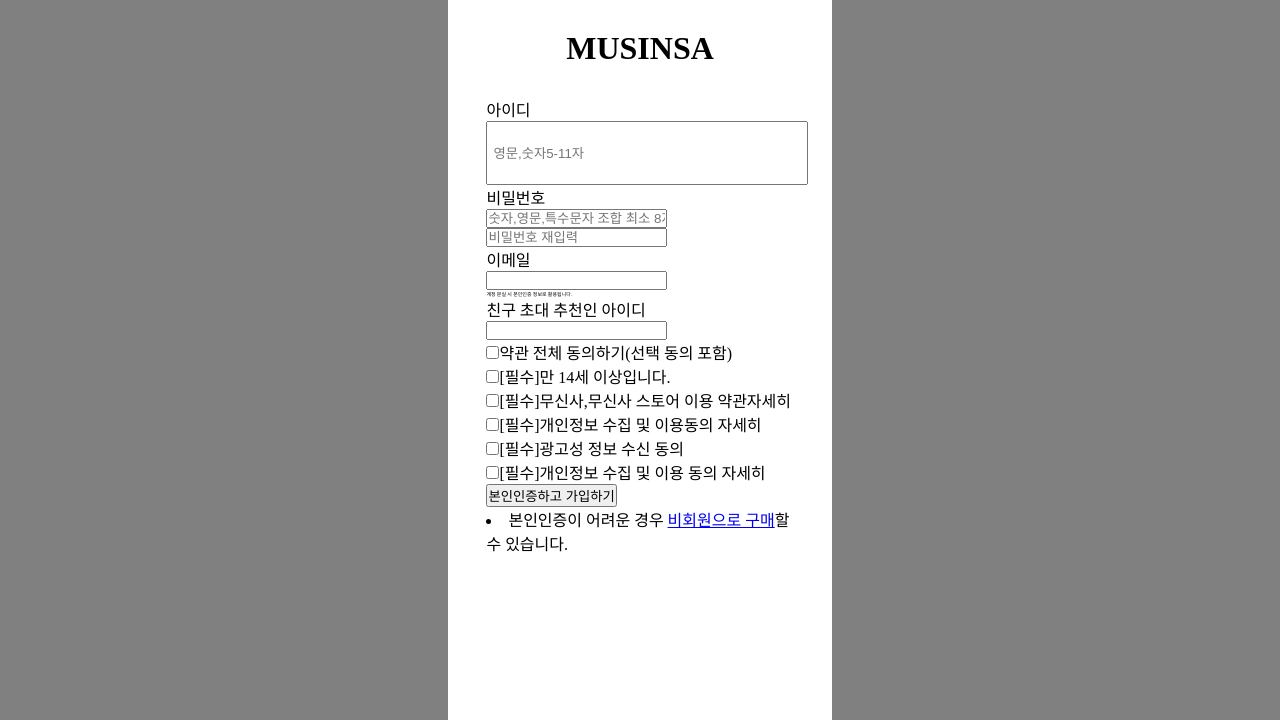
Repository: SilverSharkDeveloper/HTML-CSS-Study
Page: html/workspace/day04/WebContent/task.html
An editor plug-in stored every save of this project. The page is shown before and after the next save, followed by the edit.
The browser window is 1280 px wide. The pictures show the whole page.

Above is the page before, as saved 2023-03-13 12:27:23.

### html/workspace/day04/WebContent/task.html
<!DOCTYPE html>
<html>
<head>
<meta charset="UTF-8">
<title>무신사</title>
<style>
	*{
		margin : 0;
		padding : 0;

	}
</style>
</head>
<body>
		<div class = "container" style = "background : grey ; height :100vh">
			<div class = "container login" style ="width : 30%;height : 100%; margin : 0 auto ; background :white">
				<div>
					<header style ="text-align : center;padding: 30px 0">
						<h1>MUSINSA</h1>
					</header>
				</div>
				<div style = "width : 80% ;margin : 0 auto">
					<form  >
						<div>
							아이디
						</div>
						<div>
							<input type ="text" placeholder = "영문,숫자5-11자" style ="width : 100% ; height:50px; padding : 5px">
						</div>
						<div>
							비밀번호
						</div>
						<div>
							<input type = "password" placeholder ="숫자,영문,특수문자 조합 최소 8자">
							<input type = "password" placeholder ="비밀번호 재입력">
						</div>
						<div>
							이메일
						</div>
						<div>
							<input type = "email">
						</div>
						<div style = "font-size : 5px">
							계정 분실 시 본인인증 정보로 활용됩니다.
						</div>
						<div>
							친구 초대 추천인 아이디
						</div>
						<div>
							<input type = "text">
						</div>
						<div>
							<input type = "checkbox">약관 전체 동의하기(선택 동의 포함)
						</div>
						<div>
							<div>
								<input type = "checkbox">[필수]만 14세 이상입니다.
							</div>
							<div>
							<input type = "checkbox">[필수]무신사,무신사 스토어 이용 약관자세히
							</div>
							<div>
							<input type = "checkbox">[필수]개인정보 수집 및 이용동의 자세히
							</div>
							<div>
							<input type = "checkbox">[필수]광고성 정보 수신 동의
							</div>
							<div>
							<input type = "checkbox">[필수]개인정보 수집 및 이용 동의 자세히
							</div>
						</div>
						<div>
							<button>본인인증하고 가입하기</button>
						</div>
						<div>
							<li>본인인증이 어려운 경우 <a href ="#">비회원으로 구매</a>할 수 있습니다.</li>
						</div>
					</form>
				</div>
			</div>
		</div>
</body>
</html>

After the next save:
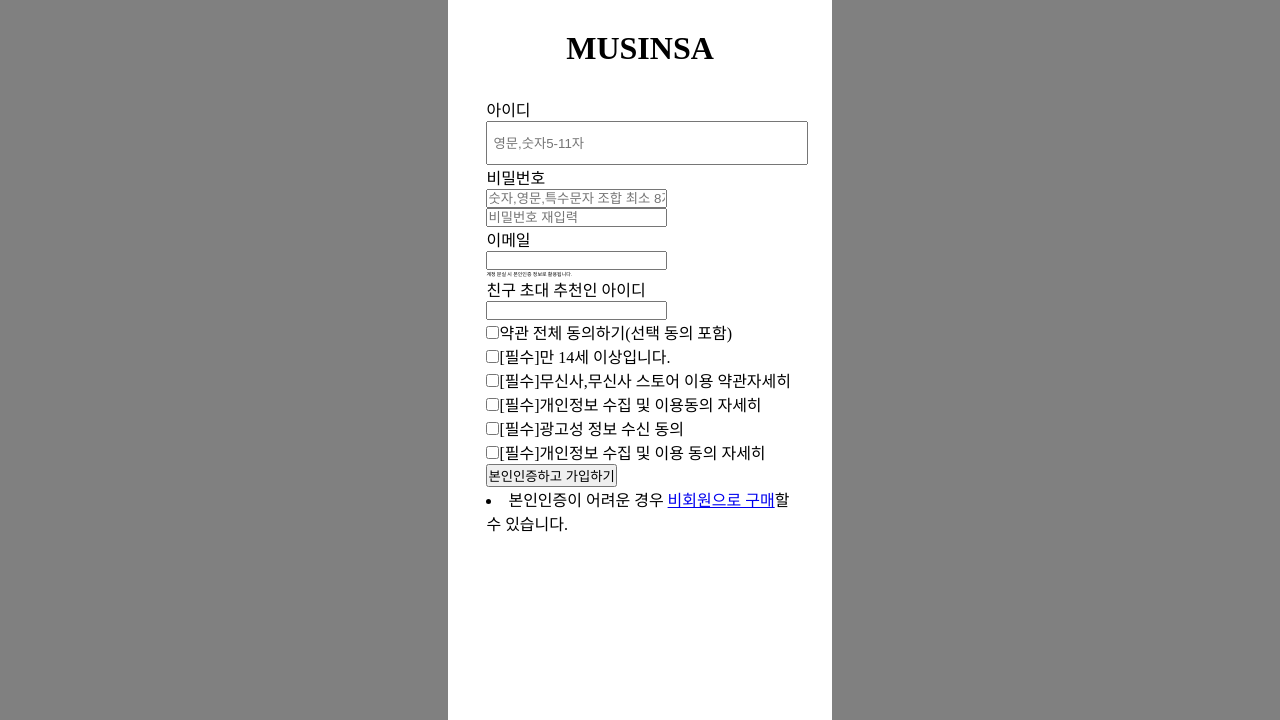
Saved 15 s later.
--- a/html/workspace/day04/WebContent/task.html
+++ b/html/workspace/day04/WebContent/task.html
@@ -25,7 +25,7 @@
 							아이디
 						</div>
 						<div>
-							<input type ="text" placeholder = "영문,숫자5-11자" style ="width : 100% ; height:50px; padding : 5px">
+							<input type ="text" placeholder = "영문,숫자5-11자" style ="width : 100% ; height:30px; padding : 5px">
 						</div>
 						<div>
 							비밀번호
